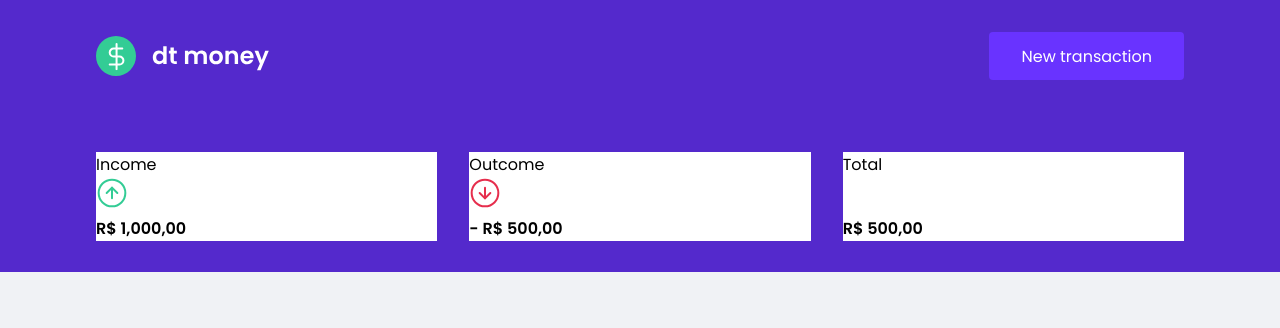
Repository: JoseGu1llardi/dtmoney
Page: /
These files come from the project's save history. The page is drawn as it stood at one moment and after the next save; the edit follows.
The browser window is 1280 px wide. The pictures show the whole page.
The project was rebuilt for these pictures with package versions that can differ from the ones it lists, and the page was loaded fresh each time.

Above is the page before, as saved 2022-12-30 15:03:25.

After the next save:
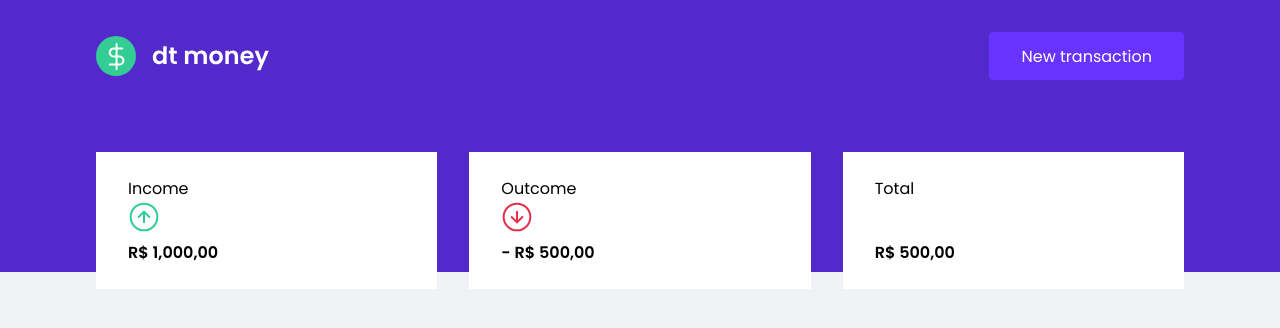
Saved 39 s later.
--- a/src/components/Summary/styles.ts
+++ b/src/components/Summary/styles.ts
@@ -8,5 +8,6 @@ export const Container = styled.div`
 
   div {
     background: var(--shape);
+    padding: 1.5rem 2rem;
   }
 `;
